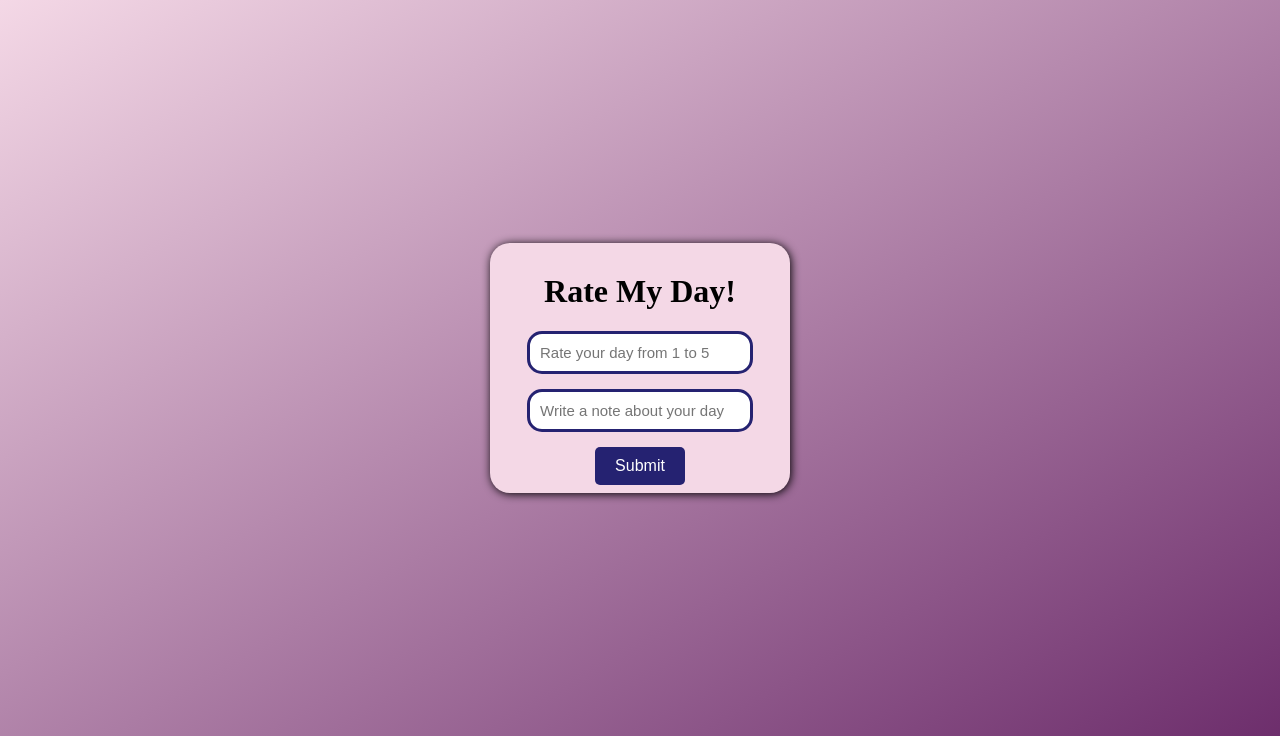
Repository: elenav24/RateMyDay
Page: frontend/index.html
These files come from the project's save history. The page is drawn as it stood at one moment and after the next save; the edit follows.
The browser window is 1280 px wide. The pictures show the whole page.

Above is the page before, as saved 2025-05-15 01:39:35.

After the next save:
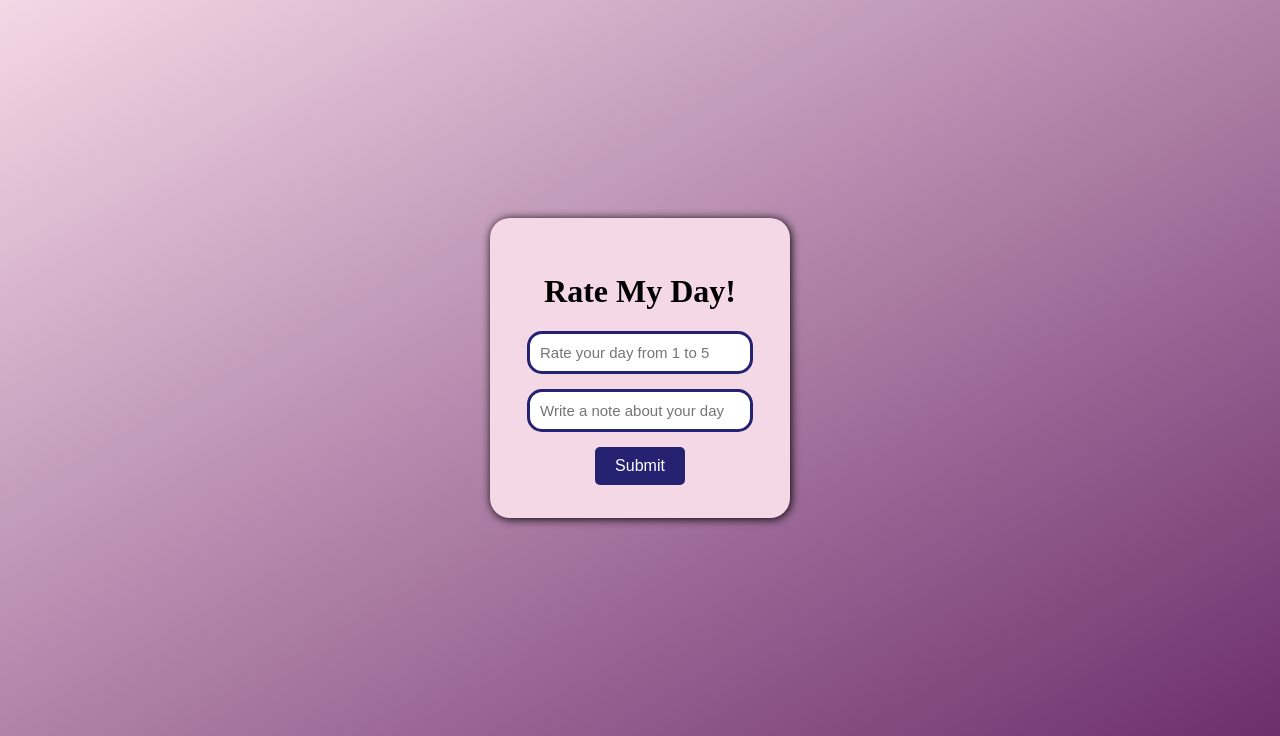
Saved 8 s later.
--- a/frontend/style.css
+++ b/frontend/style.css
@@ -12,7 +12,7 @@ body {
     align-items: center;
     justify-content: center;
     width: 300px;
-    height: 250px;
+    height: 300px;
     box-shadow: 1px 1px 10px #000;
     border-radius: 20px;
     background-color: #f4d8e6;
